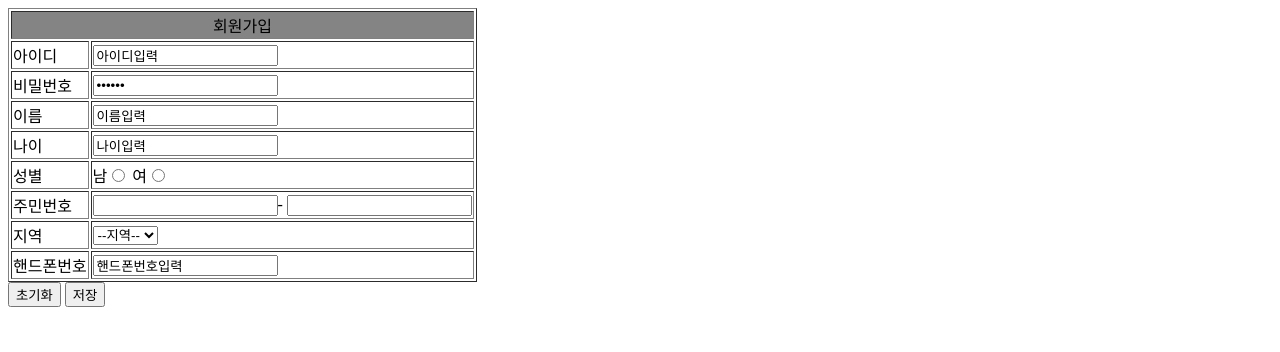
Repository: gunvv00/Java_practice
Page: html_work/html01/WebContent/member.html
An editor plug-in stored every save of this project. The page is shown before and after the next save, followed by the edit.
The browser window is 1280 px wide. The pictures show the whole page.

Above is the page before, as saved 2020-01-02 07:42:09.

### html_work/html01/WebContent/member.html
<!DOCTYPE html>
<html>
<head>
<meta charset="UTF-8">
<title>Insert title here</title>
</head>
<body>
<form action = "member.jsp" method = "post">
	<TABLE Border = 1 height = 100 >
	<tr>
		<td bgcolor = "#848484" align = center colspan = "2">회원가입</td>
	</tr>
	<tr>
		<td>아이디</td>
		<td><input type = "text" name="name" value = "아이디입력"></td>
	</tr>
	<tr>
		<td>비밀번호</td>
		<td><input type = "password" name="name" value = "비밀번호입력"></td>
	</tr>
	<tr>
		<td>이름</td>
		<td><input type = "text" name="name" value = "이름입력"></td>
	</tr>
	<tr>
		<td>나이</td>
		<td><input type = "text" name="age" value = "나이입력"></td>
	</tr>
	<tr>
		<td>성별</td>
		<td>남<input type = "radio" name="gender"/>
			여<input type = "radio" name="gender"/>
		</td>
	</tr>
	<tr>
		<td>주민번호</td>
		<td><input type = "text" name="jumin" value = "">-
		<input type = "password" name="jumin" value = "">
		</td>
	</tr>
	<tr>
		<td>지역</td>
		<td>
		<select name = "location">
		<option value="">--지역--</option>
		<option value="j1">서울</option>
		<option value="j2">경기도</option>
		<option value="j3">전라도</option>
		<option value="j3">충청도</option>
		<option value="j3">경상도</option>
		<option value="j3">제주</option>
		</select>
		</td>
	</tr>
	<tr>
		<td>핸드폰번호</td>
		<td><input type = "text" name="phonenumber" value = "핸드폰번호입력"></td>
	</tr>
	</TABLE>
	<input type = "reset" value="초기화"/>
	<input type = "submit" value = "저장"/>

</body>
</html>

After the next save:
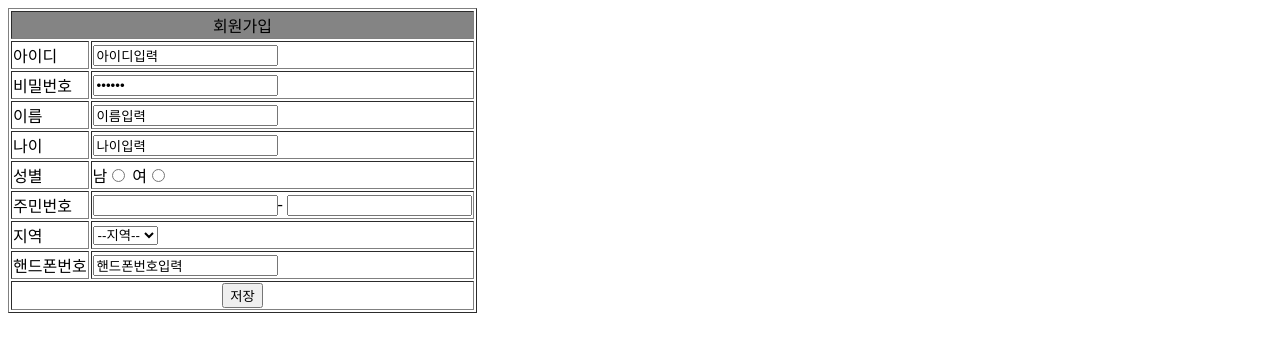
Saved 100 s later.
--- a/html_work/html01/WebContent/member.html
+++ b/html_work/html01/WebContent/member.html
@@ -56,9 +56,10 @@
 		<td>핸드폰번호</td>
 		<td><input type = "text" name="phonenumber" value = "핸드폰번호입력"></td>
 	</tr>
+	<tr align = "center">
+		<td colspan =2 ><input type = "submit" value = "저장"/></td>
+	</tr>
 	</TABLE>
-	<input type = "reset" value="초기화"/>
-	<input type = "submit" value = "저장"/>
+</body>
 
-</body>
 </html>
